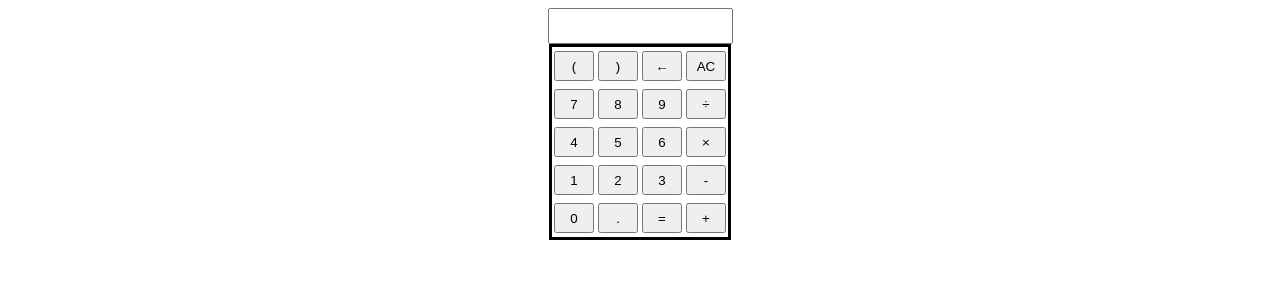
Repository: z1youRA/MyCalculator
Page: index.html
These files come from the project's save history. The page is drawn as it stood at one moment and after the next save; the edit follows.
The browser window is 1280 px wide. The pictures show the whole page.

Above is the page before, as saved 2021-12-19 14:09:33.

After the next save:
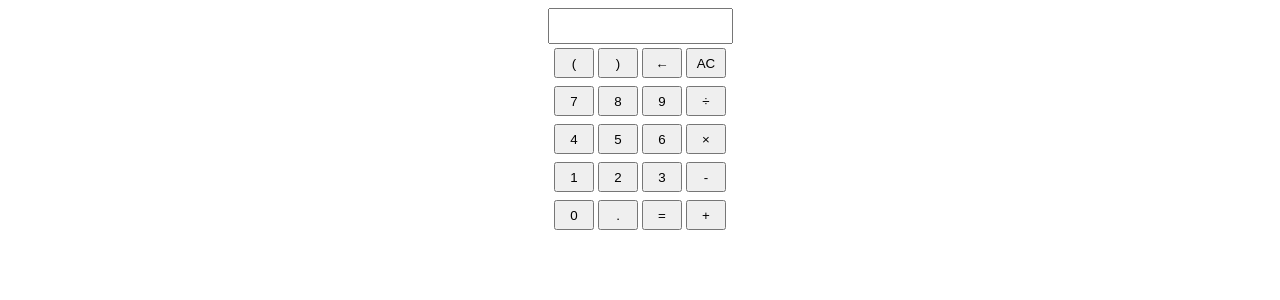
Saved 5 s later.
--- a/css/styles.css
+++ b/css/styles.css
@@ -13,7 +13,6 @@ input {
     display: flex;
     flex-direction: column;
     align-items: center;
-    border:solid;
 }
 
 .row {
